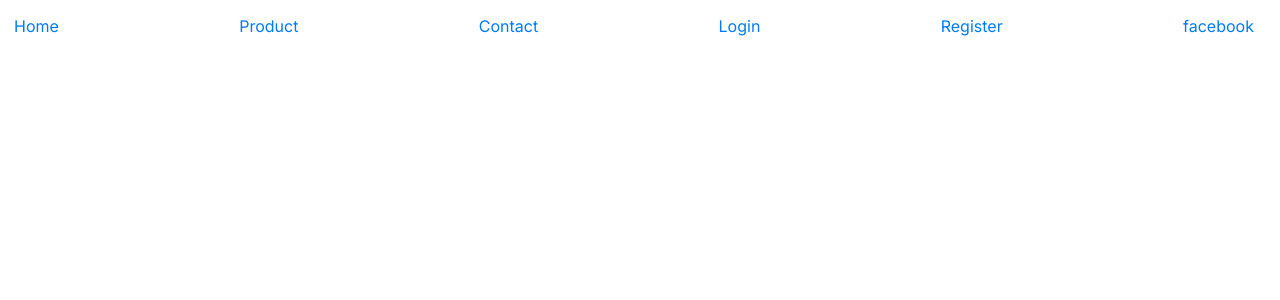
Repository: bao2222/hoc-lam-web
Page: About-me.html
These files come from the project's save history. The page is drawn as it stood at one moment and after the next save; the edit follows.
The browser window is 1280 px wide. The pictures show the whole page.

Above is the page before, as saved 2025-01-23 16:25:49.

### About-me.html
<!DOCTYPE html>
<html lang="en">
    <head>
        <title>About me</title>
        <meta charset="UTF-8">
        <link rel="name" href="welcome.html" type="text/html">
        <link rel="name" href="login.html" type="text/html">
        <link rel="name" href="logout.html" type="text/html">
        <link rel="stylesheet" href="style.css" type="text/css">
        <script src="project.js"></script>
        <link rel="stylesheet" href="https://cdnjs.cloudflare.com/ajax/libs/font-awesome/4.7.0/css/font-awesome.min.css">
        <link rel="stylesheet" href="https://maxcdn.bootstrapcdn.com/bootstrap/4.5.2/css/bootstrap.min.css">
        <script src="https://ajax.googleapis.com/ajax/libs/jquery/3.5.1/jquery.min.js"></script>
        <script src="https://cdnjs.cloudflare.com/ajax/libs/popper.js/1.16.0/umd/popper.min.js"></script>
        <script src="https://maxcdn.bootstrapcdn.com/bootstrap/4.5.2/js/bootstrap.min.js"></script>
        <link rel="preconnect" href="https://fonts.googleapis.com">
        <link rel="preconnect" href="https://fonts.gstatic.com" crossorigin>
        <link href="https://fonts.googleapis.com/css2?family=Inter+Tight:ital,wght@0,100..900;1,100..900&family=Inter:ital,opsz,wght@0,14..32,100..900;1,14..32,100..900&display=swap" rel="stylesheet">



    </head>

    <body>
        <header>
            <div>
                <div class="b-menu">
                    <a href="b1.html">Home</a>
                    <a href="b2.html">Product</a>
                    <a href="b3.html">Contact</a>
                    <a href="login.html">Login</a>
                    <a href="logout.html">Register</a>
                    <a href="">facebook<i class="fa-brands fa-instagram"></i></a>

                </div>











            </div>


        </header>
        <nav></nav>
        <footer></footer>



    </body>
</html>

### style.css
*{
    box-sizing: border-box;
    margin: 0;
    padding: 0;
    font-family: 'Inter', sans-serif;
}
.google-header{
    font-family: 'Poppins', sans-serif;
}
header{
    display: flex;
    justify-content: space-between;
    padding: 14px;
    gap: 14px;
}
.b-menu{
    display:flex;
    justify-content: space-between;
    align-items: center ;
    gap: 14;
}

Loaded but not shown: project.js (no stored copy; drawn as an empty file)

After the next save:
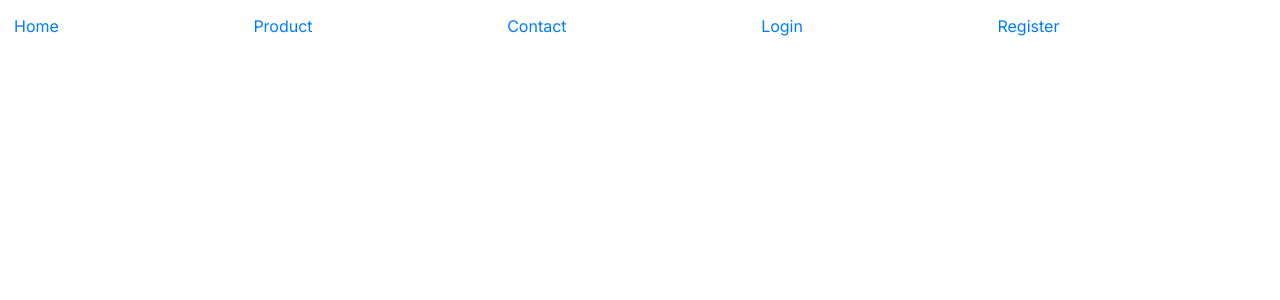
Saved 115 s later.
--- a/About-me.html
+++ b/About-me.html
@@ -30,8 +30,7 @@
                     <a href="b3.html">Contact</a>
                     <a href="login.html">Login</a>
                     <a href="logout.html">Register</a>
-                    <a href="">facebook<i class="fa-brands fa-instagram"></i></a>
-
+                    <i class="fa-brands fa-instagram"></i>
                 </div>
 
 
